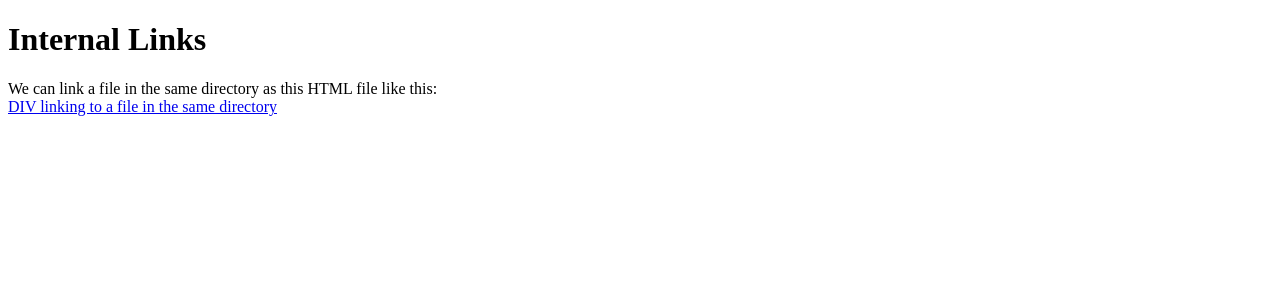
Repository: Koniya/my-coding-practices
Page: links-internal.html
The author's editor kept a copy of each file at every save. The page is drawn from the files as they stood at one save, then again after the next save.
The browser window is 1280 px wide. The pictures show the whole page.

Above is the page before, as saved 2024-01-27 16:45:07.

After the next save:
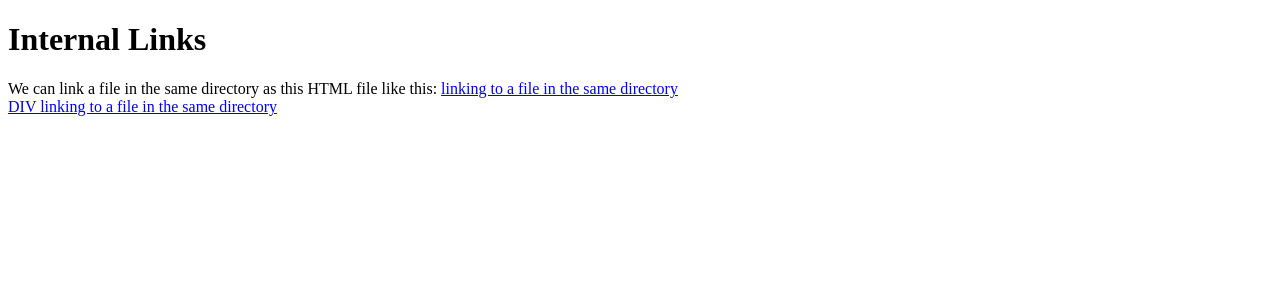
Saved 4 min 5 s later.
--- a/links-internal.html
+++ b/links-internal.html
@@ -8,6 +8,8 @@
     <h1>Internal Links</h1>
     <section>
         We can link a file in the same directory as this HTML file like this:
+        <a href="entities.html" title="entities link">linking to a file in the same directory
+        </a>
         <a href="entities.html" title="entities link">
             <div> DIV linking to a file in the same directory</div>
         </a>
